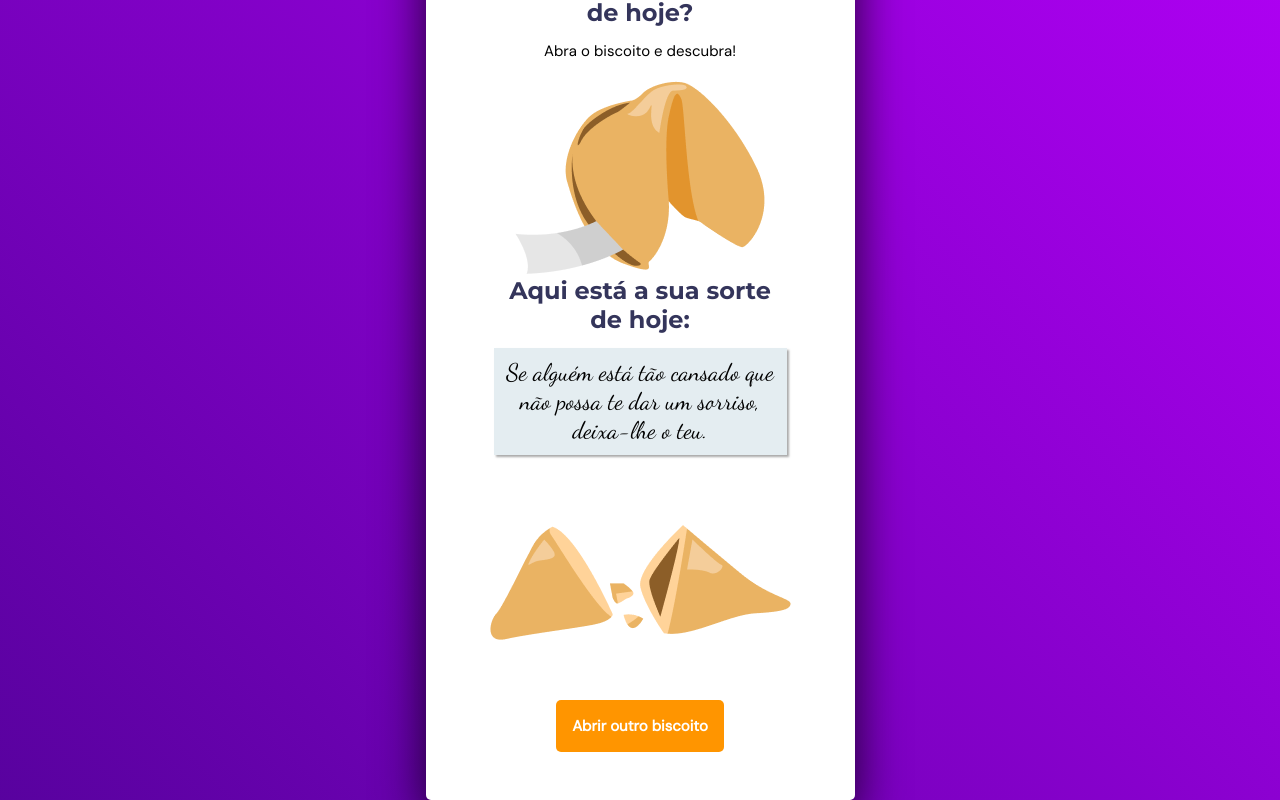
Repository: caueenrico/cookieCoach
Page: index.html
An editor plug-in stored every save of this project. The page is shown before and after the next save, followed by the edit.
The browser window is 1280 px wide. The pictures show the whole page.

Above is the page before, as saved 2023-06-27 16:54:38.

After the next save:
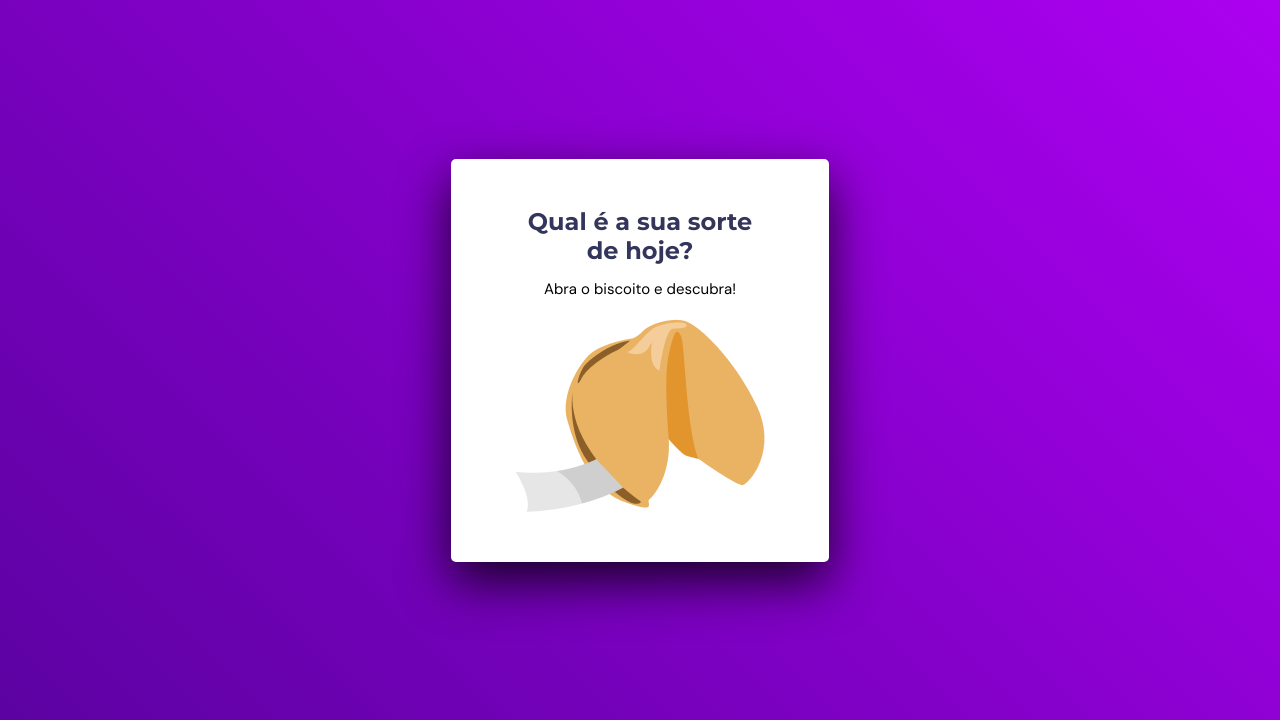
Saved 5 s later.
--- a/index.html
+++ b/index.html
@@ -24,7 +24,7 @@
         <img src="/biscoitoClose.png" alt="" />
       </div>
 
-      <div class="abriu hide">
+      <div class="hide">
         <h1>
           Aqui está a sua sorte <br/> de hoje:
         </h1>
